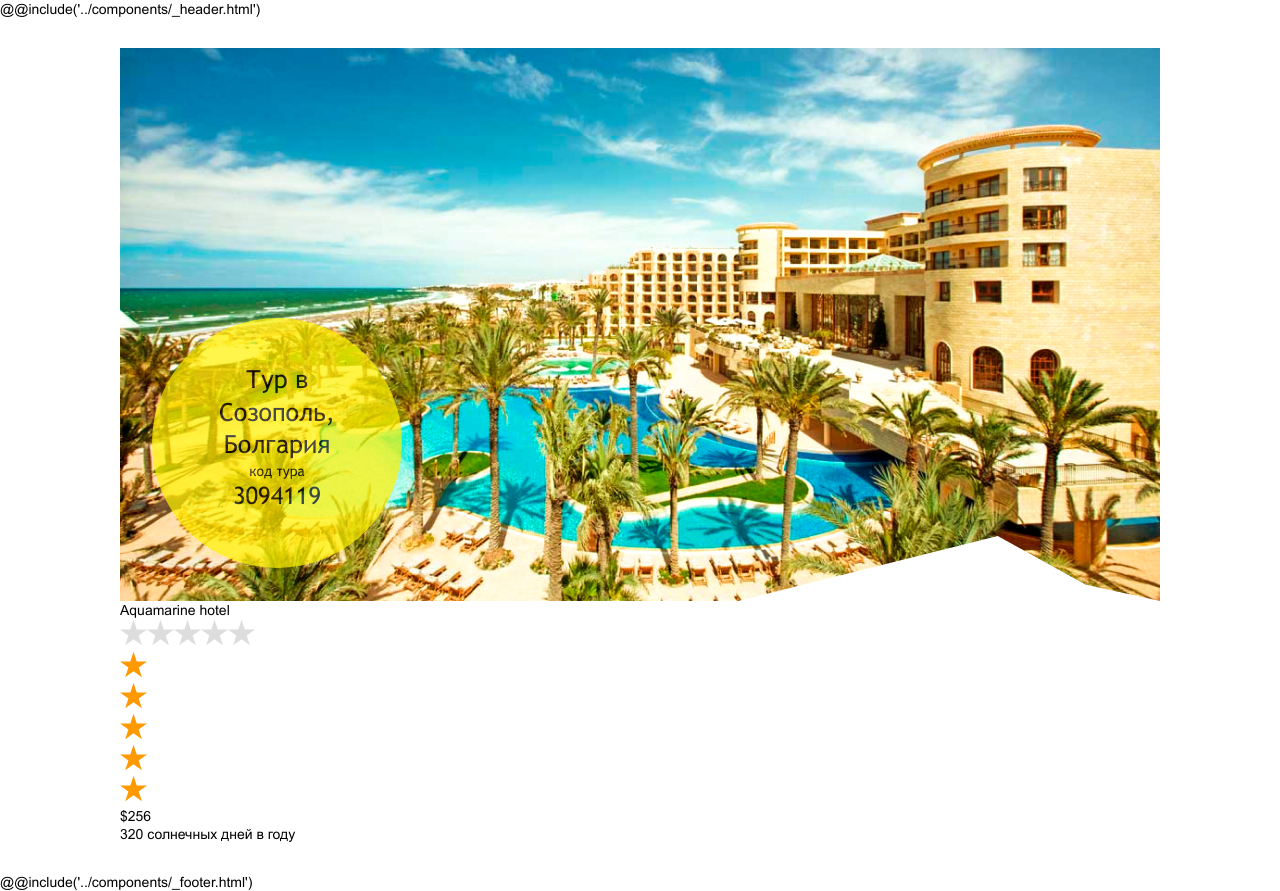
Repository: chekhunov/suntour
Page: app/html/pages/index.html
An editor plug-in stored every save of this project. The page is shown before and after the next save, followed by the edit.
The browser window is 1280 px wide. The pictures show the whole page.
Some web fonts or font styles are not loaded; a fallback is used. The style sheet was rebuilt from its Sass, Less or Tailwind sources for each picture, by a compiler version that may differ from the author's.

Above is the page before, as saved 2021-03-04 13:24:53.

### app/html/pages/index.html
<!DOCTYPE html>
<html lang="en">

<head>
  <meta charset="UTF-8">
  <meta name="viewport" content="width=device-width, initial-scale=1.0">
  <title>SunTour</title>
  <link rel="stylesheet" href="css/style.min.css?v=0.1">
</head>

<body>

  @@include('../components/_header.html')

  <main class="main">

    <section class="content">

      <div class="container">

        <article class="card-hotel" href="#">

          <div class="card-hotel__image" style="background-image: url('images/content/card-hotelbg.jpg');">

            <div class="card-hotel__box">

              <div class="card-hotel__tour">

                <span class="card-hotel__title-tour">
                  Тур в Созополь, Болгария
                </span>

                <div class="card-hotel__code-tour">

                  код тура

                  <span class="card-hotel__code">

                    3094119

                  </span>

                </div>

              </div>

            </div>

          </div>

          <div class="card-hotel__content">

            <div class="card-hotel__item">

              <span class="card-hotel__title">

                Aquamarine hotel

              </span>

              <div class="star"></div>

              <span class="price">

                $256

              </span>

            </div>

            <div class="card-hotel__item">



            </div>

            <div class="card-hotel__sunday">

              <span class="card-hotel__day">

                320

              </span>

              солнечных дней в году

            </div>

          </div>


        </article>

      </div>

    </section>

  </main>

  @@include('../components/_footer.html')

  <script src="js/main.min.js"></script>

</body>

</html>

### app/scss/style.scss
@import 'vars';  //переменные для цвета для шрифта
@import 'fonts'; // подключение шрифтов
@import 'reset'; //сброс всех стилей
@import 'global'; // подключение глобальных стилей типо reset.css, то что на body для сылок
// @import 'media'; // адаптив
@import "mixins";

@import "components/header";
@import "components/card-hotel";
@import "home/home";

### app/scss/_vars.scss

%arial-400 {
  font-family: "Arial-Regular", sans-serif;
  font-weight: 400;
}

%arial-700 {
  font-family: "Arial-bold", sans-serif;
  font-weight: 700;
}

%trebuchetMS-700 {
  font-family: "TrebuchetMS-bold", sans-serif;
  font-weight: 700;
}

### app/scss/_fonts.scss
@font-face {
  font-family: "Arial-regular";
  font-weight: 400;
  font-style: normal;
  src: url("../fonts/Arial.woff2") format("woff2"),
    url("../fonts/Arial.woff") format("woff");
  font-display: swap; //самое оптимальное для пользователя при прогрузке шрифтов
}

@font-face {
  font-family: "Arial-bold";
  font-weight: 700;
  font-style: normal;
  src: url("../fonts/Arial.woff2") format("woff2"),
    url("../fonts/Arial.woff") format("woff");
  font-display: swap; //самое оптимальное для пользователя при прогрузке шрифтов
}

@font-face {
  font-family: "TrebuchetMS-bold";
  font-weight: 700;
  font-style: normal;
  src: url("../fonts/TrebuchetMS.woff2") format("woff2"),
    url("../fonts/TrebuchetMS.woff") format("woff");
  font-display: swap; //самое оптимальное для пользователя при прогрузке шрифтов
}

### app/scss/_reset.scss
/* Указываем box sizing */
/* плавный скроллинг по сайту */
/* scroll-behavior: smooth;  */
html {
  box-sizing: border-box;
}

*,
*::after,
*::before {
  box-sizing: inherit;
}

// только у них будет padding 0 если класса у них нет тогда padding будет не 0
ul,
ol {
  padding: 0;
}

/* Убираем внешние отступы */
body,
h1,
h2,
h3,
h4,
p,
ul[class],
ol[class],
li,
figure,
figcaption,
blockquote{
  margin: 0;
}

/* Выставляем основные настройки по-умолчанию для body */
body {
  min-height: 100vh;
  scroll-behavior: smooth;
  text-rendering: optimizeSpeed;
  line-height: 1.3;
}

/* Удаляем стандартную стилизацию для всех ul и il, у которых есть атрибут class*/
ul,
ol{
  list-style: none;
}

a {
  text-decoration: none;
}

/* Элементы a, у которых нет класса, сбрасываем до дефолтных стилей */
a:not([class]) {
  text-decoration-skip-ink: auto;
}

/* Упрощаем работу с изображениями */
img {
  max-width: 100%;
  display: block;
}

/* Указываем понятную периодичность в потоке данных у article*/
// article > * + * {
//   margin-top: 1em;
// }

/* Наследуем шрифты для инпутов и кнопок */
input,
button,
textarea,
select {
  font: inherit;
}

/* Удаляем все анимации и переходы для людей, которые предпочитай их не использовать */
@media (prefers-reduced-motion: reduce) {
  * {
    animation-duration: 0.01ms !important;
    animation-iteration-count: 1 !important;
    transition-duration: 0.01ms !important;
    scroll-behavior: auto !important;
  }
}

address {
  font-style: normal;
}

### app/scss/_global.scss
@import "mixins";

html,
body {
  height: 100%;
}

body {
  display: flex;
  flex-direction: column;
  font-size: 14px;
  color: black;
  background-color: white;
  @extend %arial-400;
}

// main {
//   @include _1200 {
//     position: relative;
//     transition: 0.5s;
//     z-index: 0;

//     &.main--active {
//       transform: translateX(-20%);
//     }
//   }

//   @include _560 {
//     top: 0;
//     &.main--active {
//       transform: translateX(-30%);
//     }
//   }
// }

.container {
  max-width: 1070px;
  margin: 0 auto;
  padding: 0 15px;
}

.main {
  flex-grow: 1;
}

a,
button {
  outline: transparent;
  cursor: pointer;
}

.uppercase {
  text-transform: uppercase;
}

.logo {
  &__img {
    max-width: 179px;
    max-height: 44px;
    object-fit: cover;
  }
}

### app/scss/_mixins.scss

@mixin _1500 {
  @media (max-width: 1500px) {
    @content;
  }
}

@mixin _1200 {
  @media (max-width: 1200px) {
    @content;
  }
}


@mixin _1024 {
  @media (max-width: 1024px) {
    @content;
  }
}

@mixin _860 {
  @media (max-width: 860px) {
    @content;
  }
}

@mixin _768 {
  @media (max-width: 768px) {
    @content;
  }
}


@mixin _560 {
  @media (max-width: 560px) {
    @content;
  }
}

@mixin _425 {
  @media (max-width: 425px) {
    @content;
  }
}

### app/scss/components/_header.scss
.header {
  width: 100%;
  height: 104px;
  padding: 30px 0;
  background-color: #00BFF3;
}

### app/scss/components/_card-hotel.scss
.card-hotel {
  &__image {
    max-width: 1040px;
    min-height: 553px;
    display: flex;
    justify-content: left;
    align-items: flex-end;
    background-repeat: no-repeat;
    background-position: top center;
    background-size: cover;
    object-fit: cover;
  }

  &__box {
    width: 250px;
    height: 250px;
    margin-left: 32px;
    margin-bottom: 33px;
    display: flex;
    justify-content: center;
    align-items: center;
    background-color: #FFF200;
    opacity: 0.7;
    border-radius: 150px;
  }

  &__tour {
    width: 169px;
    height: 158px;
    font-size: 25px;
    text-align: center;
    @extend %trebuchetMS-700;
  }

  &__code-tour {
    display: flex;
    flex-direction: column;
    font-size: 14px;
  }

  &__code {
    font-size: 24px;
  }
}

### app/scss/home/_home.scss
@import "home/content";

### app/scss/home/_content.scss

.content {
  padding: 30px 0;
}

Loaded but not shown: app/js/main.min.js (library)

After the next save:
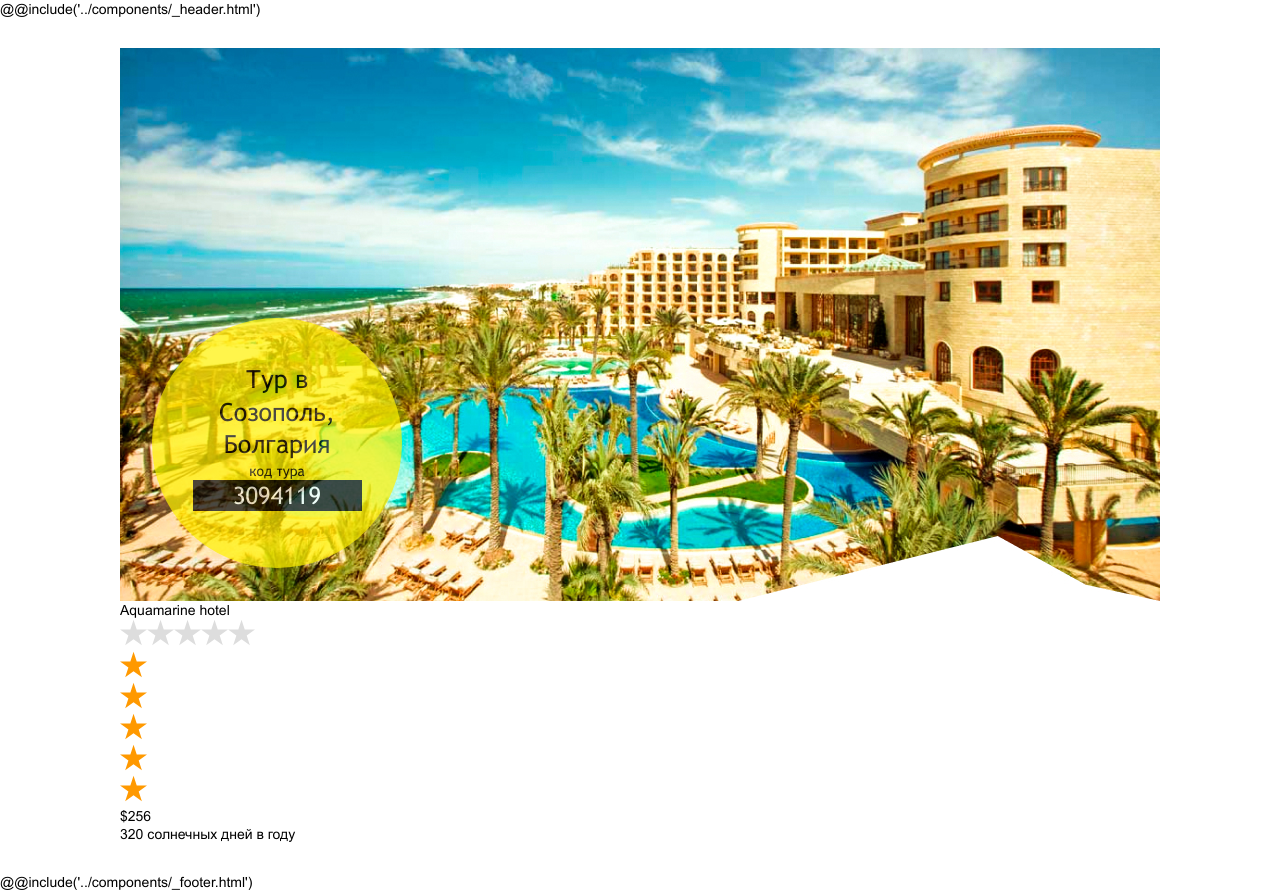
Saved 33 s later.
--- a/app/scss/components/_card-hotel.scss
+++ b/app/scss/components/_card-hotel.scss
@@ -40,5 +40,7 @@
 
   &__code {
     font-size: 24px;
+    background-color: black;
+    color: white;
   }
 }
